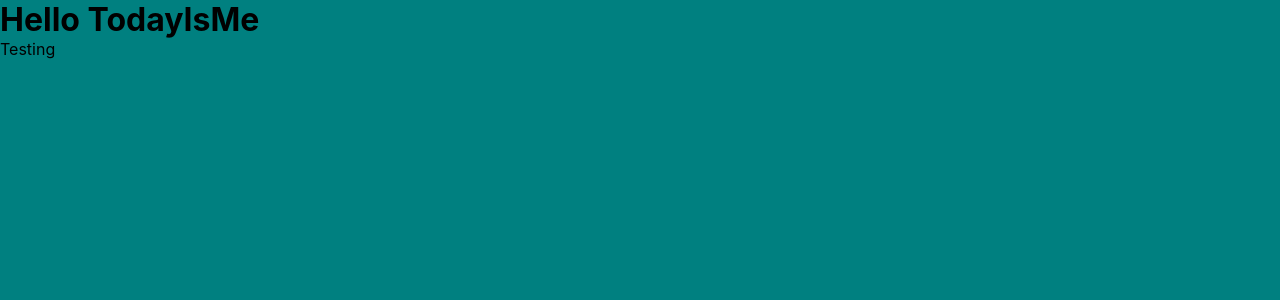
Repository: Exdevo/React
Page: /
An editor plug-in stored every save of this project. The page is shown before and after a run of saves, followed by the edit.
The browser window is 1280 px wide. The pictures show the whole page.
The project was rebuilt for these pictures with package versions that can differ from the ones it lists, and the page was loaded fresh each time. Also part of the build but not shown: src/ItemDescription.js, src/Product.js.

Above is the page before, as saved 2023-02-12 13:34:56.

After the next 2 saves:
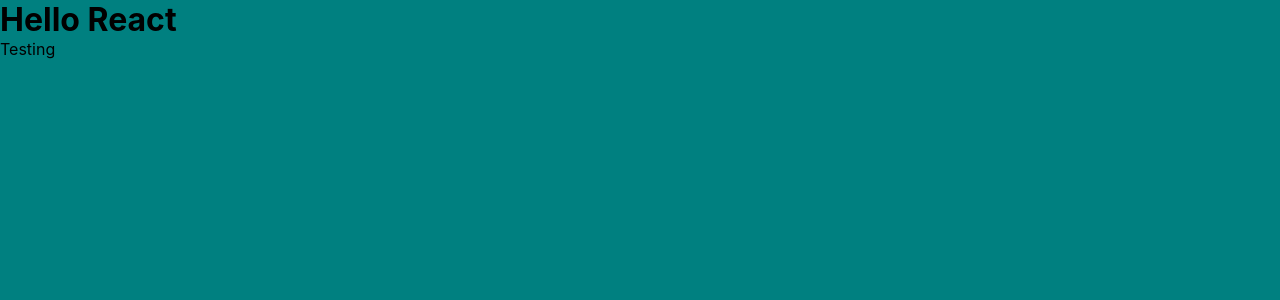
The 2 saves are shown as one change because 1 did not build or start.
The last was saved 9 s later.
--- a/src/App.js
+++ b/src/App.js
@@ -4,7 +4,7 @@
 function App() {
 
   const name= "React";
-  let isProgrammer= false;
+  let isProgrammer= true;
 
 
   return (

After the 2 saves that followed:
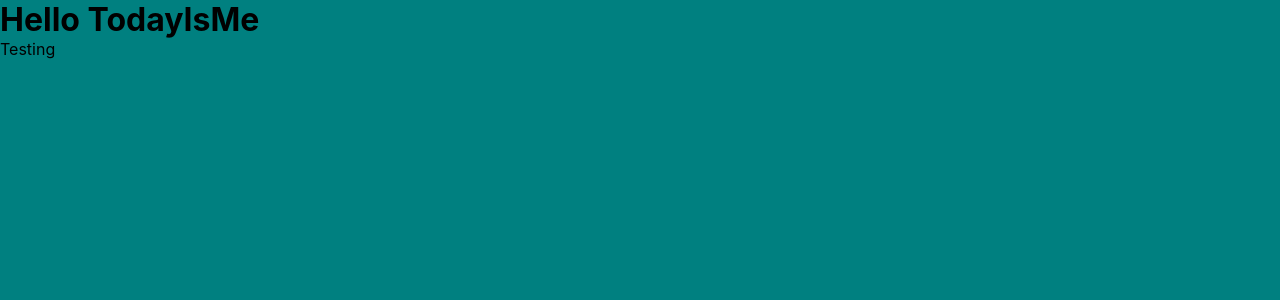
The 2 saves are shown as one change because 1 did not build or start.
The last was saved 12 s later.
--- a/src/App.js
+++ b/src/App.js
@@ -4,7 +4,7 @@
 function App() {
 
   const name= "React";
-  let isProgrammer= true;
+  let isProgrammer= null;
 
 
   return (
